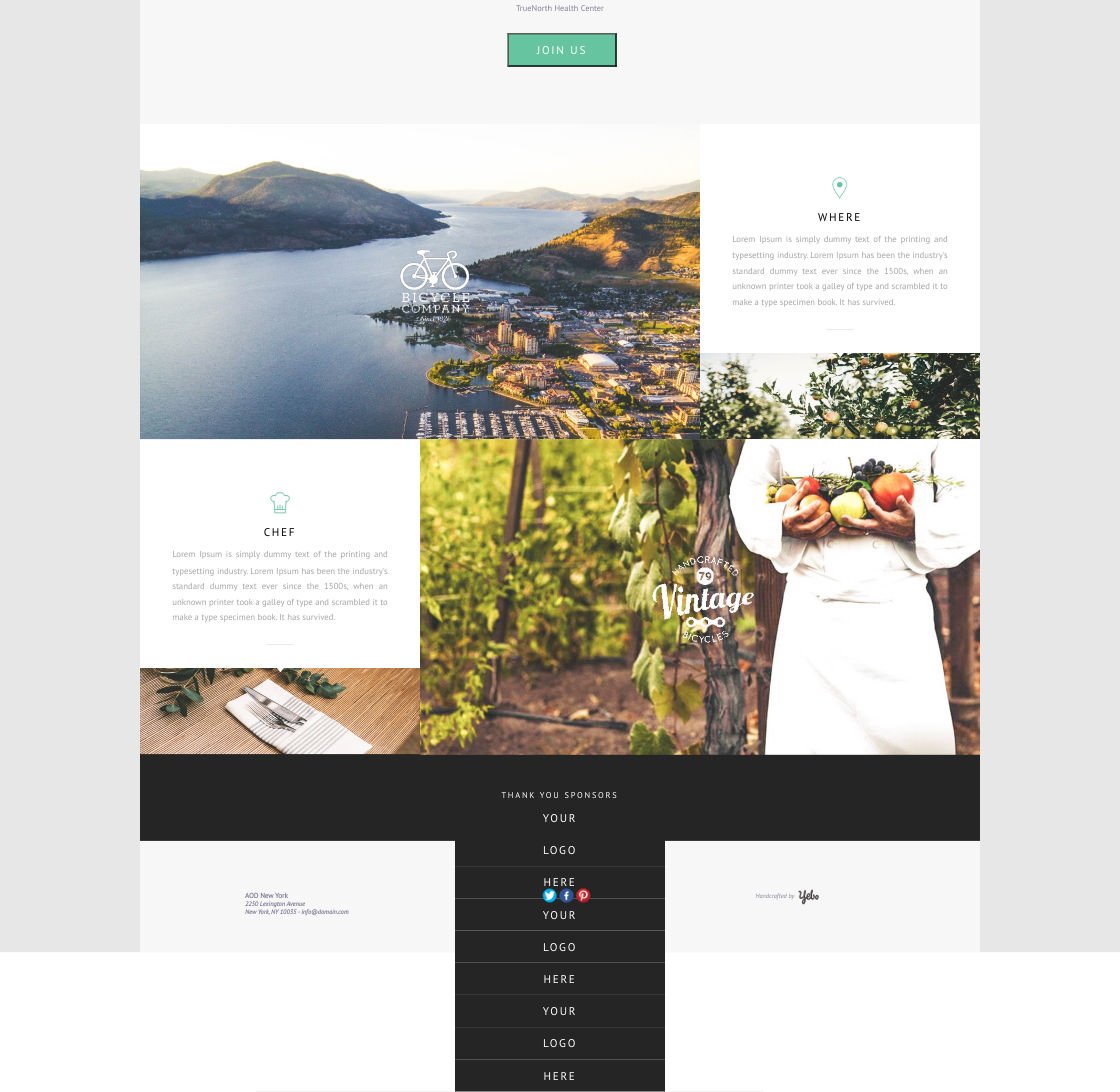
Repository: vancodes/longtable
Page: index.html
The author's editor kept a copy of each file at every save. The page is drawn from the files as they stood at one save, then again after the next save.
The browser window is 1280 px wide. The page is 1600 px wide, so the pictures cover 1600 px, including what lies to the right of the window. The pictures show the part of the page from y = 995 to 2555 px (the page is 2555 px tall before and 2356 px after), at 70% of full size.

Above is the page before, as saved 2019-04-08 16:00:36.

### index.html
<!DOCTYPE html>
<html>

<head>
  <meta charset="utf-8">
  <link href="index.css" type="text/css" rel="stylesheet">
  <title>Long table</title>
</head>

<body>
  <div class="wrapper">
    <!--Intro Section-->
    <div class="topbar">
      <h1>
      <ul>
        <li><a href="#">About Us</a></li>
    	   <p>.</p>
        <li><a href="#">Info</a></li>
        <li><a href="#"><img src="assets\logo.png" alt="logo"></a></li>
        <li><a href="https://www.gofundme.com/breast-lung-and-melanoma-cancer">Donate</a></li>
    	   <p>.</p>
        <li><a href="#">Contact</a></li>
      </ul>
    </h1>
    </div>
    <div class="hero">
      <img src="assets/cover.jpg" alt="">
    </div>
    <!--Navigation Section-->
    <div class="main" align="center">
      <div class="first">
        <img src="assets\breast-cancer-icon.png" alt="bike chain">
        <h2>Long table dinner fundraiser</h2>
        <h4>When: TBD Kelowna</h4>
        <h4>Where: TBD Summer 2019</h4>
        <p>Join us for an long table diner by Chef x. This dinner raise for Shenah Mochenski to get treatment for cancer and rheumatoid arthritis at the TrueNorth Health Center</p>
        <div class="email-container">
            <button>Join us</button>
          </div>
      </div>
      <!--Image Section-->
      <div class="bike-images">
        <div class="first-container">
          <div class="first-left">
            <div id="bike-logo">
              <img src="assets/bike.png" alt="bike logo">
            </div>
            <div id="logo">
              <img src="assets/bicycle-company-logo.png" alt="company logo">
            </div>
            <div id="vintage-left">
              <img src="assets\bike-1.jpg" alt="bike handle">
            </div>
          </div>
          <div class="first-right">
            <div class="location">
              <img src="assets\location-icon.png" alt="frame icon">
            </div>
            <div id="vintage-text">
              <h3>WHERE</h3>
              <p>Lorem Ipsum is simply dummy text of the printing and typesetting industry. Lorem Ipsum has been the industry's standard dummy text ever since the 1500s, when an unknown printer took a galley of type and scrambled it to make a type specimen
                book. It has survived.</p>
            </div>
            <div class="divider-line"></div>
            <div id="first-vintage-seat">
              <img img src="assets\seat.jpg" alt="bike seat">
            </div>
            <div class="arrow-down"></div>
          </div>
        </div>
        <div class="second-container">
          <div class="second-left">
            <div class="chef">
              <img src="assets\chef-icon.png" alt="chef icon">
            </div>
            <div id="vintage-text">
              <h3>CHEF</h3>
              <p>Lorem Ipsum is simply dummy text of the printing and typesetting industry. Lorem Ipsum has been the industry's standard dummy text ever since the 1500s, when an unknown printer took a galley of type and scrambled it to make a type specimen
                book. It has survived.</p>
            </div>
            <div class="divider-line"></div>
            <div id="second-chef">
              <img src="assets\chef-2.jpg" alt="vintage bike seat">
            </div>
            <div class="arrow-down"></div>
          </div>
          <div class="second-right">
            <div id="vintage-logo">
              <img src="assets\vintage-logo.png" alt="vintage bike logo">
            </div>
            <div id="chef">
              <img src="assets\chef.jpg" alt="chef">
            </div>
          </div>
        </div>
        <!--<div class="retro-container">
          <div class="retro-left">
            <div id="retro-logo">
              <img src="assets/bicycle-logo.png" alt="Since 1962 logo">
            </div>
            <div id="retro-bike">
              <img src="assets\bike-rail.jpg" alt="bike rail">
            </div>
          </div>
          <div class="retro-middle">
            <div class="steering">
              <img src="assets\steering-icon.png" alt="steering icon">
            </div>
            <div id="vintage-text">
              <h3>Retro Bike - M. Hulot</h3>
              <p>Lorem Ipsum is simply dummy text of the printing and typesetting industry. Lorem Ipsum has been the industry's standard dummy text ever since the 1500s, when an unknown printer took a galley of type and scrambled it to make a type specimen
                book. It has survived.</p>
            </div>
            <div class="divider-line"></div>
            <div class="arrow-down"></div>
            <div id="retro-rail">
              <img src="assets\mavic.jpg" alt="vintage bike seat">
            </div>
          </div>
          <div class="retro-right">
            <div id="retro-bike-right">
              <img src="assets\bike-2.jpg" alt="retro bike">
            </div>
          </div>
        </div>
      </div>-->
      <!--Social Section-->
      <!--<div class="main" align="center">
        <div class="last">
          <img src="assets\twitter-icon.png" alt="Twitter icon"><br>
          <span>AOD New York @aod</span>
          <span class="twitter-time"> / 35 min</span >
            <p>Lorem ipsum dolor sit amet, consectetur adipiscing elit. Sed ut tellus ac nulla semper rhoncus. Nullam a odio porttitor, dictum turpis vitae, pretium ante amet.</p>
          </div>
      </div>-->
<!--slider-->
    <!--<div class="slider">
      <span class="dotfirst"></span>
          <span class="dot"></span>
          <span class="dot"></span>
        </div>-->
        <!--Photo Collage-->
        <!--
        <div class="bottom-container">
          <div class="bottom-left">
            <div id="image-one">
              <img src="assets\bottom-image-1.jpg" alt="">
            </div>
            <div id="image-one">
              <img src="assets\bottom-image-2.jpg" alt="">
            </div>
            <div id="brooks-seat">
              <img src="assets\brooks-seat.png" alt="">
            </div>
          </div>
          <div class="bottom-middle">
            <div id="image-three">
              <img src="assets\bottom-image-3.jpg" alt="">
            </div>
            <div id="image-three">
              <img src="assets\bottom-image-4.jpg" alt="">
            </div>
          </div>
          <div class="bottom-right">
            <div id="bottom-bike-logo">
              <img src="assets/bike.png" alt="bike logo">
            </div>
            <div class="bottom-text">
              <p>shop now</p>
            </div>
            <div id="image-five">
              <img src="assets\bottom-image-5.jpg" alt="">
            </div>
            <div id="image-five">
              <img src="assets\bottom-image-6.jpg" alt="">
            </div>
          </div>
        </div> -->
        <div class="discover-container">
          <div class="discover-text">
            <button>Thank You Sponsors</button>
          </div>
          <div class="sponsor-logo">
            <p>YOUR</p>
            <p>LOGO</p>
            <p>HERE</p>
          </div>
          <div class="sponsor-logo">
              <p>YOUR</p>
              <p>LOGO</p>
              <p>HERE</p>
            </div>
          <div class="sponsor-logo">
                <p>YOUR</p>
                <p>LOGO</p>
                <p>HERE</p>
           </div>
      </div>
        </div>
      </div>
      <div class="main" align="center">
        <div class="footer-container">
          <div class="footer-left">
            <span>AOD New York</span>
            <span class="footer-text">
      <p>2250 Lexington Avenue</p>
      <p>New York, NY 10035 - info@domain.com</p>
      </span >
      </div>
      <div class="footer-middle">
        <img src="assets\twitter.png" alt="twitter icon">
        <img src="assets\facebook.png" alt="facebook icon">
        <img src="assets\pinterest.png" alt="pinterest icon">
      </div>
      <div class="footer-right">
        <span class="footer-right-text">
          <p>Handcrafted by</p>
        </span>
            <img src="assets\yebo-logo.png" alt="yebo logo">
          </div>
        </div>
      </div>
      <!--end-->
    </div>
</body>
</html>

### index.css
/* http://meyerweb.com/eric/tools/css/reset/
   v2.0 | 20110126
   License: none (public domain)
*/

html, body, div, span, applet, object, iframe, h1, h2, h3, h4, h5, h6, p, blockquote, pre, a, abbr, acronym, address, big, cite, code, del, dfn, em, img, ins, kbd, q, s, samp, small, strike, strong, sub, sup, tt, var, b, u, i, center, dl, dt, dd, ol, ul, li, fieldset, form, label, legend, table, caption, tbody, tfoot, thead, tr, th, td, article, aside, canvas, details, embed, figure, figcaption, footer, header, hgroup, menu, nav, output, ruby, section, summary, time, mark, audio, video {
  margin: 0;
  padding: 0;
  border: 0;
  font-size: 100%;
  font: inherit;
  vertical-align: baseline;
}

/* HTML5 display-role reset for older browsers */

article, aside, details, figcaption, figure, footer, header, hgroup, menu, nav, section {
  display: block;
}

body {
  line-height: 1;
}

ol, ul {
  list-style: none;
}

blockquote, q {
  quotes: none;
}

blockquote:before, blockquote:after, q:before, q:after {
  content: '';
  content: none;
}

table {
  border-collapse: collapse;
  border-spacing: 0;
}

/*  fonts */

@font-face {
  font-family: PtSansWebBold;
  src: url(font/pt_sans-web-bold.ttf);
}

@font-face {
  font-family: PtSansWebBoldItalic;
  src: url(font/pt_sans-web-bolditalic.ttf);
}

@font-face {
  font-family: PtSansWebItalic;
  src: url(font/pt_sans-web-italic.ttf);
}

@font-face {
  font-family: PtSansWebRegular;
  src: url(font/pt_sans-web-regular.ttf);
}

body {
  font-family: PtSansWebRegular;
}

h1 {
  font-family: PtSansWebBold;
  font-size: 12px;
  text-transform: uppercase;
  letter-spacing: 2px;
}

h2 {
  font-family: PtSansWebBold;
  letter-spacing: 2.5px;
  text-transform: uppercase;
  text-align: center;
  line-height: 2.5em;
}

h3 {
  font-family: PtSansWebBold;
  letter-spacing: 2.5px;
  text-transform: uppercase;
  text-align: center;
  font-size: 12px;
  line-height: 2.5em;
}

h3 {
  font-family: PtSansWebRegular;
  letter-spacing: 2.5px;
  text-transform: uppercase;
  text-align: center;
  line-height: 2.5em;
  font-size: 16px;
}

h4 {
  font-family: PtSansWebRegular;
  font-size: 13px;
  text-transform: uppercase;
  letter-spacing: 2px;
  line-height: 2.1em;
}


p {
  font-family: PtSansWebRegular;
  font-size: 12px;
  color: #838199;
  text-align: center;
  line-height: 1.8em;
}

.bike-images p {
  font-family: PtSansWebRegular;
  font-size: 12.5px;
  color: #a5a5a5;
  text-align: justify;
  line-height: 1.8em;
}

.last span {
  font-family: PtSansWebBold;
  display: inline;
  font-size: 12px;
  text-align: center;
  line-height: 2.8em;
  letter-spacing: 1.5px;
}

.last .twitter-time {
  font-family: PtSansWebRegular;
  font-size: 12px;
  text-align: center;
  letter-spacing: 1.5px;
  color: #b2b1bd;
  padding-left: 6px;
}

.last p {
  font-family: PtSansWebItalic;
  font-size: 14px;
  color: #838199;
  text-align: center;
  line-height: 1.8em;
  padding: 0 55px;
}

.bottom-text p {
  font-family: PtSansWebRegular;
  letter-spacing: 2.5px;
  text-transform: uppercase;
  text-align: center;
  line-height: 2.5em;
  font-size: 12px;
  color: #fff;
}

.saddle-text p {
  font-family: PtSansWebItalic;
  font-size: 16px;
  text-align: center;
  letter-spacing: 0.5px;
  color: #838199;
  padding-left: 6px;
  margin-bottom: 20px;
}

/*  wrapper */

.wrapper {
  padding: 0 200px;
  width: 1200px;
  margin: 0 auto;
  background-color: #e8e7e7;
}

/* intro section */

.hero img {
  width: 100%;
}

.topbar {
  position: absolute;
  padding: 0px 317px;
  margin-top: 23px;
}

.topbar ul {
  width: 590px;
  margin: 0 auto;
}

.topbar li {
  display: inline-block;
  padding: 0 20px;
  float: left;
  position: relative;
  top: 52px;
  transform: translateY(-50%);
}

.topbar li a {
  text-decoration: none;
  color: #4D4B56;
}

.topbar li a img {
  width: 75px;
}

.hero img {
  vertical-align: bottom;
  width: 100%;
  padding-top: 150px;
  background-color: #F7F7F7
}

.topbar li a:hover {
  text-decoration: none;
  color: #ff000069;
}

.topbar p {
  padding: 0 20px;
  float: left;
  position: relative;
  top: 52px;
  transform: translateY(-50%);
  font-family: PtSansWebBold;
}

/* navigation section */

.main {
  background-color: #F7F7F7
}

.first {
  color: #4D4B56;
  padding: 80px 150px 80px 150px;
  max-width: 736px;
}

.first img {
  padding: 0px 46px;
}

/* bike images */

img {
  padding: 0;
  margin: 0;
}

.bike-images {
  background-color: #FFFF;
  position: relative;
}

.first-container {
  vertical-align: bottom;
  display: table;
}

.first-left {
  width: 800px;
  display: table-cell;
  vertical-align: bottom;
}

.first-right {
  display: table-cell;
  vertical-align: bottom;
  width: 400px;
}

#first-vintage-seat img {
  width: 400px;
  height: 123px;
  float: left;
}

#bike-logo img {
  width: 100px;
  position: absolute;
  margin-top: 179px;
  transform: translatex(-29%);
}

#logo img {
  width: 100px;
  position: absolute;
  margin-top: 240px;
  transform: translateX(-26%);
}

#vintage-left img {
  float: left;
  margin: auto;
  width: 800px;
}

.location img {
  width: 30px;
  margin-bottom: 5px;
}

#vintage-text {
  height: 162px;
  margin-bottom: 18px;
  overflow: hidden;
}

#vintage-text p {
  padding: 0px 46px;
}

.divider-line {
  height: 1px;
  background-color: #e2e2e2;
  margin: 0px 180px 33px;
}

.arrow-down {
  width: 0px;
  height: 0px;
  border-left: 5px solid transparent;
  border-right: 5px solid transparent;
  border-top: 6px solid #FFFF;
  position: absolute;
  transform: translateX(1955%);
}

.second-container {
  vertical-align: bottom;
  display: table;
}

#second-chef img {
  width: 400px;
  height: 123px;
  float: left;
  margin-bottom: -1.6px;
}

.second-left {
  width: 333px;
  display: table-cell;
  vertical-align: bottom;
}

.chef img {
  width: 30px;
  margin-bottom: 5px;
}

#chef img {
  float: right;
  width: 800px;
  vertical-align: bottom;
  margin-bottom: -2px;
}

.second-right {
  display: table-cell;
  vertical-align: bottom;
  width: 656px;
}

#vintage-logo img {
  width: 145px;
  position: absolute;
  margin-top: 167px;
  transform: translateX(-47%);
}

.retro-container {
  vertical-align: bottom;
  display: table;
}

.retro-left {
  display: table-cell;
  vertical-align: bottom;
  width: 333px;
}

.retro-middle {
  width: 400px;
  display: table-cell;
  vertical-align: bottom;
}

.retro-right {
  display: table-cell;
  vertical-align: bottom;
  width: 400px;
}

#retro-logo img {
  width: 160px;
  position: absolute;
  margin-top: 197px;
  transform: translateX(-50%);
}

#retro-bike img {
  float: right;
  width: 400px;
  vertical-align: bottom;
}

#retro-bike-right img {
  float: right;
  width: 400px;
  vertical-align: bottom;
}

.steering img {
  height: 30px;
  margin-bottom: 5px;
}

#retro-rail img {
  width: 400px;
  height: 123px;
  vertical-align: bottom;
}

.bottom-container {
  vertical-align: bottom;
  display: table;
  margin-top: 14px;
}

.bottom-left {
  display: table-cell;
  vertical-align: bottom;
  width: 400px;
}

.bottom-middle {
  display: table-cell;
  vertical-align: bottom;
  width: 400px;
}

.bottom-right {
  display: table-cell;
  vertical-align: bottom;
  width: 400px;
}

#image-one img {
  float: left;
  width: 200px;
  vertical-align: bottom;
  max-height: 199px;
}

#brooks-seat img {
  float: left;
  width: 400px;
  vertical-align: bottom;
}

#image-three img {
  float: left;
  width: 200px;
  vertical-align: bottom;
}

#image-five img {
  float: left;
  width: 400px;
  vertical-align: bottom;
  margin-top: -1px;
}

#bottom-bike-logo img {
  width: 50px;
  position: absolute;
  margin-top: 79px;
  transform: translatex(-57%);
}

.bottom-text {
  position: absolute;
  padding: 0px -4px;
  margin-top: 108px;
  width: 400px;
}

/* twitter-last section */

.last {
  padding: 80px 150px 50px 150px;
  max-width: 736px;
}

.last img {
  width: 25px;
  padding-bottom: 15px;
}

.noBorder {
  border: 0;
}

/* slider */

.dotfirst {
  width: 0.50rem;
  height: 0.50rem;
  background-color: #ADB2B6;
  border-radius: 50%;
  display: inline-block;
}

.dot {
  width: 0.40rem;
  height: 0.40rem;
  border-radius: #ADB2B6;
  background-color: #FFF;
  border-radius: 50%;
  border: 1px solid #ADB2B6;
  display: inline-block;
  -moz-border-radius: 50%;
  -webkit-border-radius: 50
}

.slider {
  color: #4D4B56;
  padding: 0px 0px 30px 0px;
  max-width: 736px;
}

/* last section */

.discover-container {
  background-color: #252525;
  height: 75px;
  padding-top: 50px;
}

.discover-text button {
  border: none;
  padding: 3px 30px;
  margin: 0 450px;
  font-family: PtSansWebRegular;
  letter-spacing: 2.5px;
  text-transform: uppercase;
  text-align: center;
  line-height: 2.5em;
  font-size: 16px;
  color: #fff;
  background-color: #252525;
}

  .sponsor-logo p {
  border: none;
  padding: 3px 30px;
  margin: 0 450px;
  font-family: PtSansWebRegular;
  letter-spacing: 2.5px;
  text-transform: uppercase;
  text-align: center;
  line-height: 2.5em;
  font-size: 16px;
  color: #fff;
  background-color: #252525;
}

.discover-text button {
  border: none;
  padding: 3px 30px;
  margin: 0 450px;
  font-family: PtSansWebRegular;
  letter-spacing: 2.5px;
  text-transform: uppercase;
  text-align: center;
  line-height: 1em;
  font-size: 12px;
  color: #fff;
  background-color: #252525;
}

.email-container {
  background-color: #f7f7f7;
  padding: 25px 150px 50px 0px;
}

.email-container img {
  width: 65px;
  padding: 10px 420px;
}

input {
  border: 1px solid #e8e7e7;
  padding: 5px 30px;
  margin: 3px 255px;
  position: absolute;
  padding: 9px 109px 9px 20px;
  font-family: PtSansWebItalic;
  font-size: 14px;
  color: #e8e7e7;
  text-align: center;
  line-height: 1.8em;
  text-align: left;
}

.email-container button {
  margin: 0px;
  position: absolute;
  background-color: #66c4a1;
  padding: 2px 40px;
  font-family: PtSansWebRegular;
  letter-spacing: 2.5px;
  text-transform: uppercase;
  text-align: center;
  line-height: 2.5em;
  font-size: 16px;
  color: #fff;
}

.email-container button:hover {
  background-color: #fff;
  color: #66c4a1;
  box-shadow: none;
  transform: none;
  transition: 0.1s ease-in-out;
}

.footer-container {
  background-color: #f7f7f7;
  padding: 50px 150px;
  display: table
}

.footer-left {
  display: table-cell;
  width: 400px;
  text-align: left;
}

.footer-left span {
  font-size: 10px;
  color: #838199;
  font-weight: bold;
}

.footer-text p {
  font-family: PtSansWebItalic;
  font-size: 9px;
  color: #838199;
  line-height: 1.4em;
  text-align: left;
}

.footer-middle {
  display: table-cell;
  width: 400px;
  transform: translateX(33%);
  vertical-align: middle;
}

.footer-middle img {
  width: 20px;
}

.footer-right {
  width: 400px;
}

.footer-right-text p {
  font-family: PtSansWebItalic;
  font-size: 9px;
  color: #838199;
  line-height: 1.4em;
  margin-top: 23px;
  width: 60px;
  transform: translateX(95%);
}

.footer-right img {
  width: 30px;
  transform: translateX(300%);
  padding-top: 0px;
  margin-top: -16px;
  position: absolute;
}

After the next save:
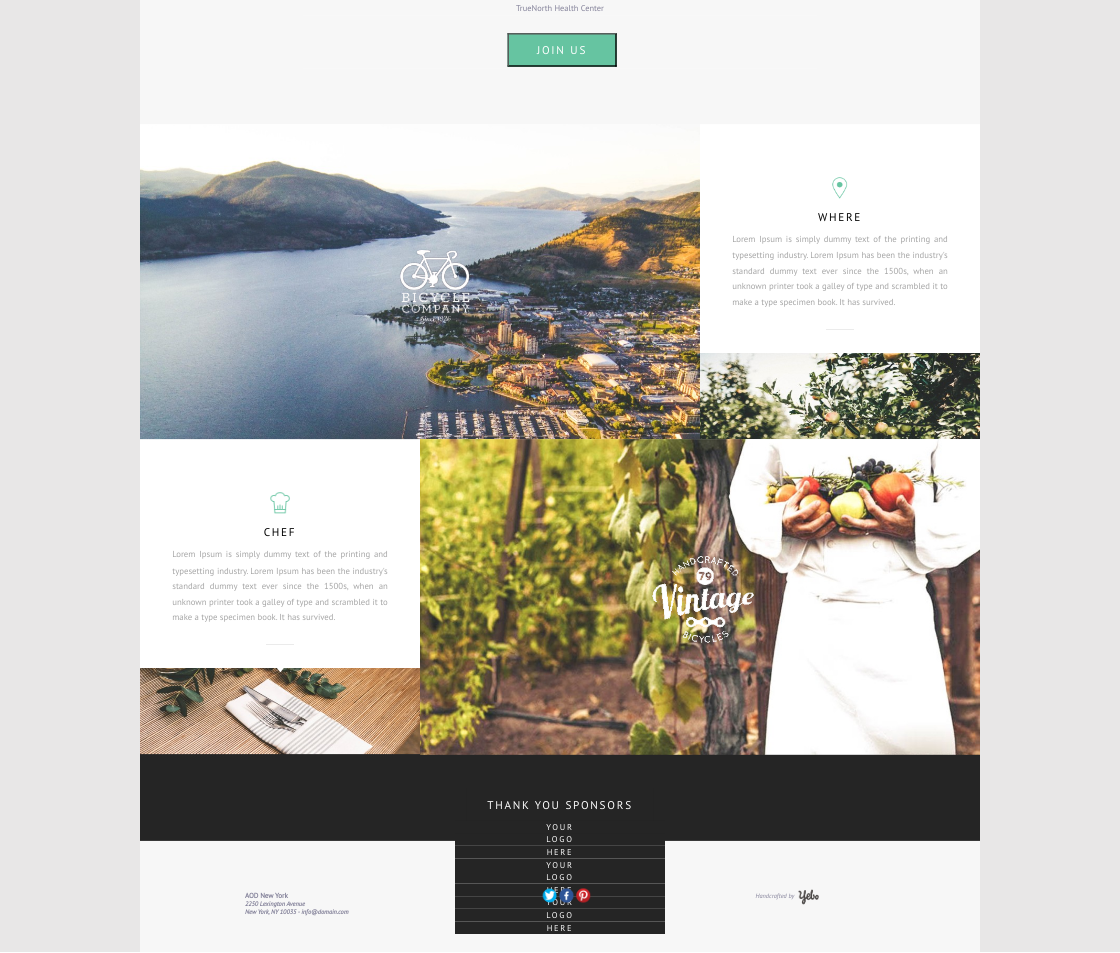
Saved 64 s later.
--- a/index.css
+++ b/index.css
@@ -572,8 +572,8 @@ img {
   letter-spacing: 2.5px;
   text-transform: uppercase;
   text-align: center;
-  line-height: 2.5em;
-  font-size: 16px;
+  line-height: 1em;
+  font-size: 12px;
   color: #fff;
   background-color: #252525;
 }
@@ -586,8 +586,8 @@ img {
   letter-spacing: 2.5px;
   text-transform: uppercase;
   text-align: center;
-  line-height: 1em;
-  font-size: 12px;
+  line-height: 2.5em;
+  font-size: 16px;
   color: #fff;
   background-color: #252525;
 }
